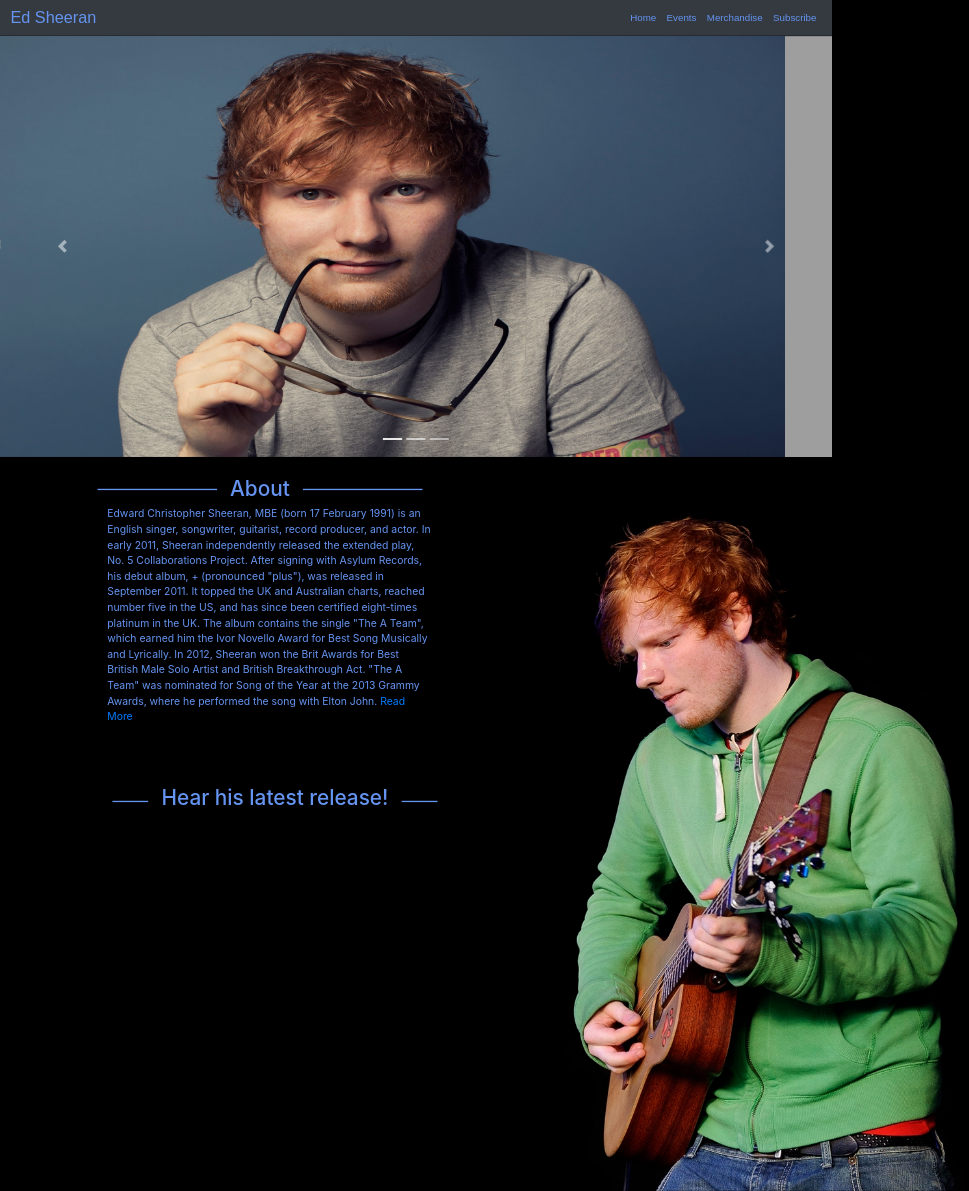
Repository: amit238/milestone-project-1
Page: index.html
The author's editor kept a record of every edit. The page is drawn from the files as they stood at one moment, then again after the next edit.
The browser window is 1280 px wide. The page is 1491 px wide, so the pictures cover 1491 px, including what lies to the right of the window. The pictures show the whole page, at 65% of full size.
Pictures or frames that could not be fetched are drawn as grey boxes. Some web libraries are served in a nearby version.

Above is the page before.

After the next edit:
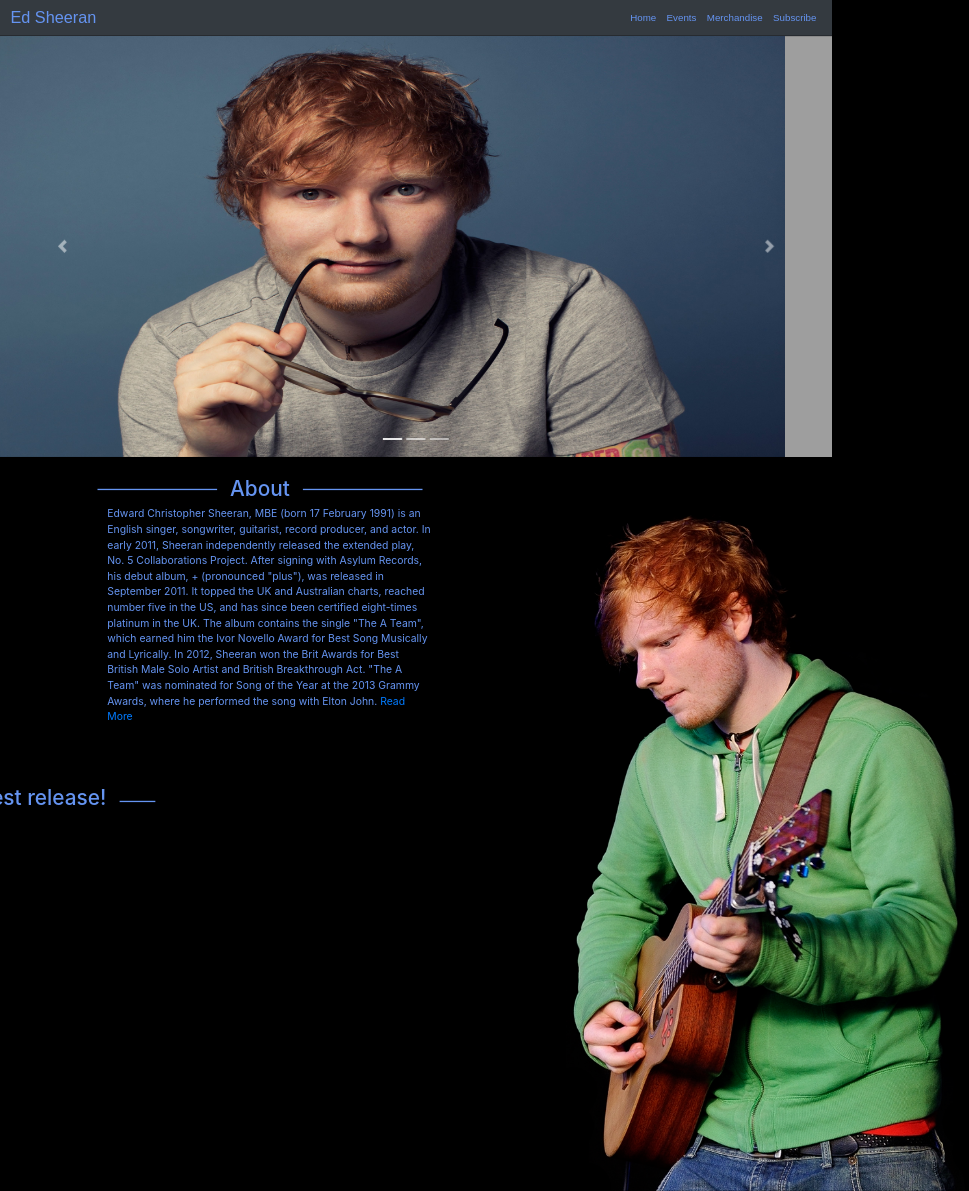
The edit:
--- a/index.html
+++ b/index.html
@@ -67,7 +67,7 @@
           </div>
         </div>
         <div class="row">
-        <div class="col-12 d-none d-xl-block d-xl-none">
+        <div class="col-4 d-none d-xl-block d-xl-none">
           <div class="imgbackground">
             <img src="edsheeranblack.png"></img>
           </div>

After the edit that followed:
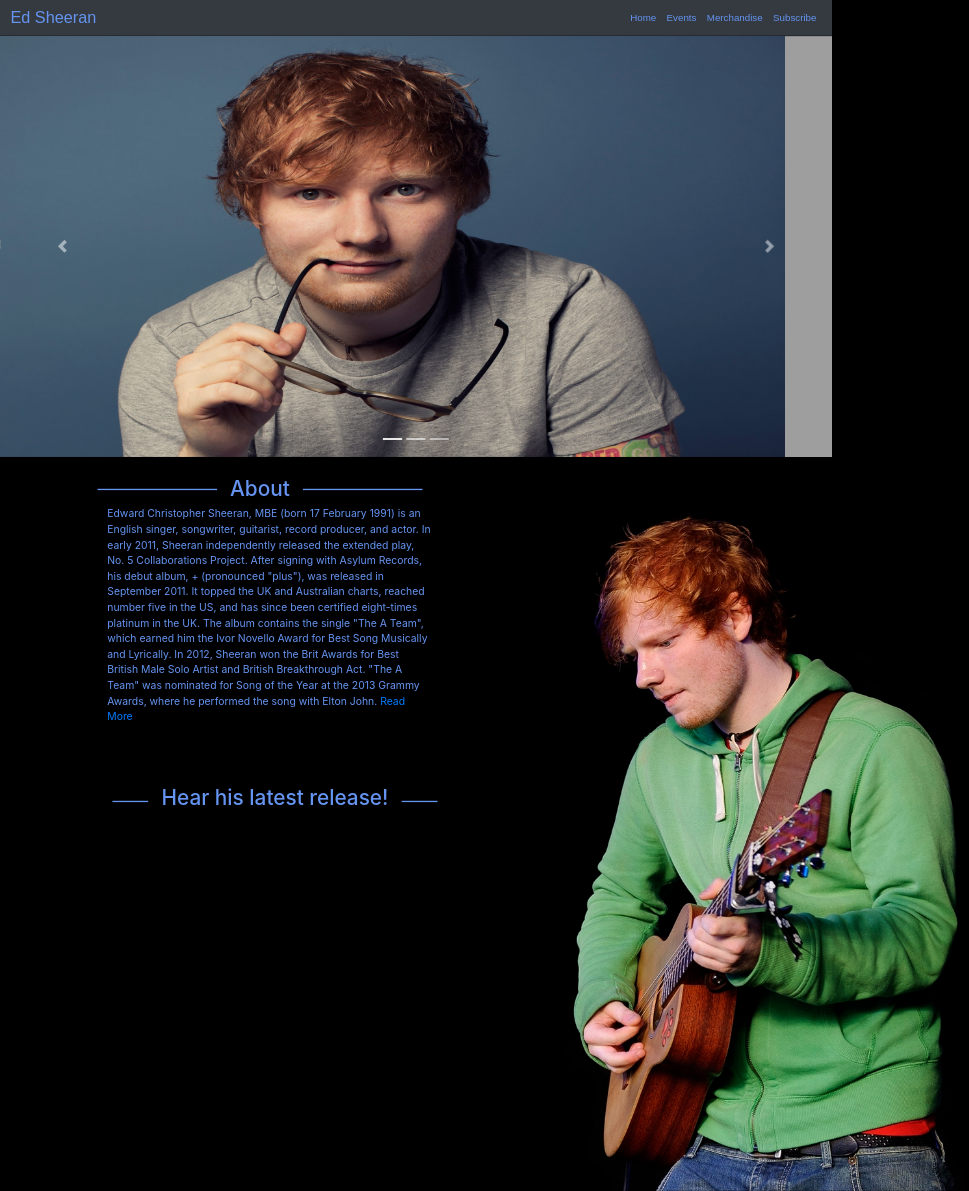
The edit:
--- a/index.html
+++ b/index.html
@@ -67,7 +67,7 @@
           </div>
         </div>
         <div class="row">
-        <div class="col-4 d-none d-xl-block d-xl-none">
+        <div class="col-12 d-none d-xl-block d-xl-none">
           <div class="imgbackground">
             <img src="edsheeranblack.png"></img>
           </div>
